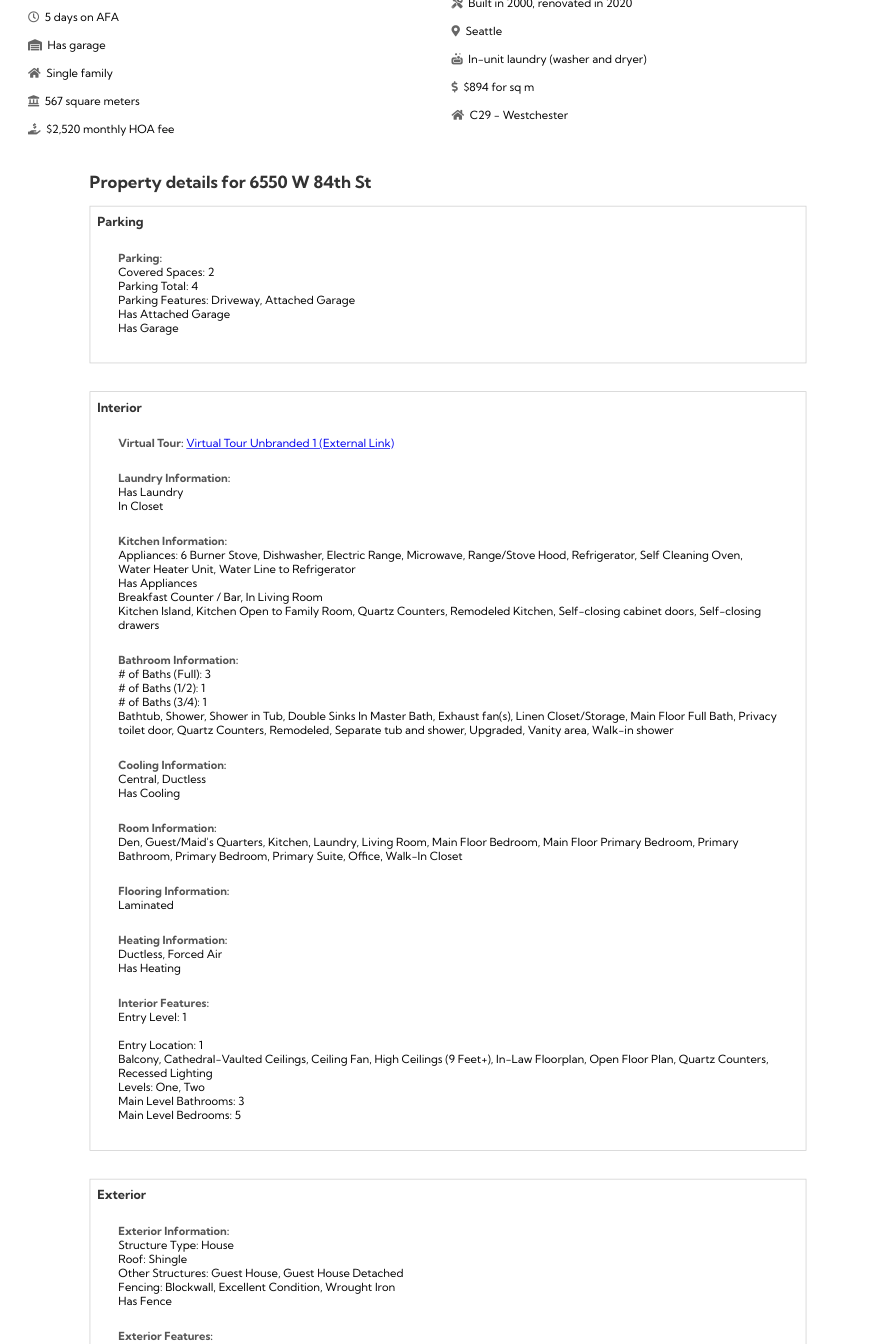
Repository: MrAllin1/ProgWWW_23_Gr1
Page: pages/House3.html
These files come from the project's save history. The page is drawn as it stood at one moment and after the next save; the edit follows.
The browser window is 1280 px wide. The pictures show the part of the page from y = 1340 to 3260 px (the page is 4349 px tall before and 4339 px after), at 70% of full size.
Some web libraries are served in a nearby version.

Above is the page before, as saved 2024-01-11 11:32:10.

After the next save:
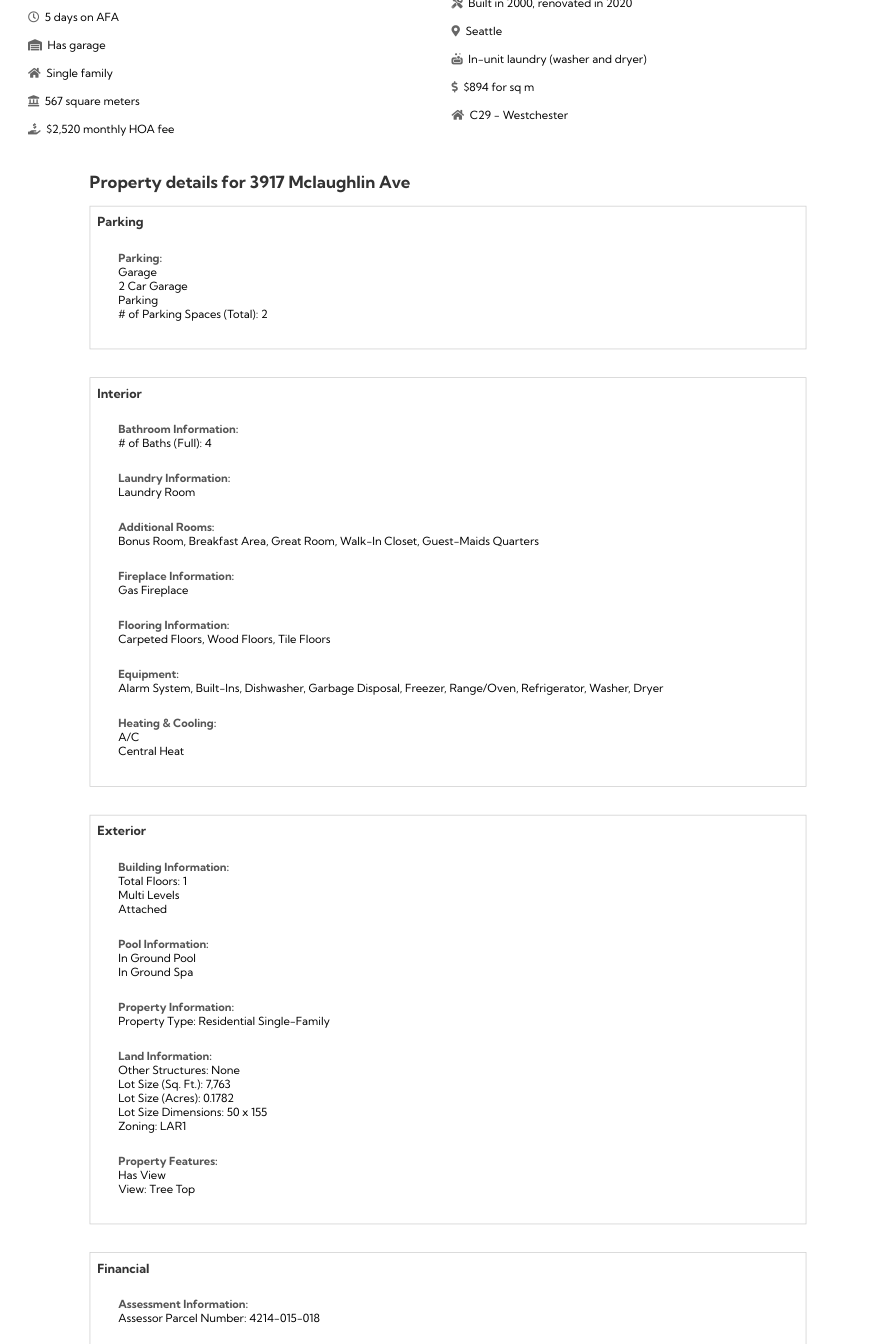
Saved 97 s later.
--- a/pages/House3.html
+++ b/pages/House3.html
@@ -117,18 +117,17 @@
     </div>
 
     <div class="container">
-        <h1>Property details for 6550 W 84th St</h1>
+        <h1>Property details for 3917 Mclaughlin Ave</h1>
         <div class="details">
             <div class="section">
                 <h2>Parking</h2>
                 <ul>
                     <li>
                         <strong>Parking:</strong><br>
-                        Covered Spaces: 2<br>
-                        Parking Total: 4<br>
-                        Parking Features: Driveway, Attached Garage<br>
-                        Has Attached Garage<br>
-                        Has Garage
+                        Garage<br>
+                        2 Car Garage<br>
+                        Parking<br>
+                        # of Parking Spaces (Total): 2
                     </li>
                 </ul>
             </div>
@@ -138,30 +137,50 @@
             <div class="section">
                 <h2>Interior</h2>
                 <ul>
-                    <li><strong>Virtual Tour:</strong> <a href="https://tours.tourfactory.com/tours/tour.asp?t=3083424&idx=1"target="_blank" rel="noopener noreferrer">Virtual Tour Unbranded 1 (External Link)</a></li>
-                    <li><strong>Laundry Information:</strong><br>Has Laundry</br>In Closet</li>
-                    <li><strong>Kitchen Information:</strong><br>Appliances: 6 Burner Stove, Dishwasher, Electric Range, Microwave, Range/Stove Hood, Refrigerator, Self Cleaning Oven, Water Heater Unit, Water Line to Refrigerator<br>Has Appliances<br>Breakfast Counter / Bar, In Living Room<br>Kitchen Island, Kitchen Open to Family Room, Quartz Counters, Remodeled Kitchen, Self-closing cabinet doors, Self-closing drawers</li>
-                    <li><strong>Bathroom Information:</strong><br># of Baths (Full): 3<br># of Baths (1/2): 1<br># of Baths (3/4): 1<br>Bathtub, Shower, Shower in Tub, Double Sinks In Master Bath, Exhaust fan(s), Linen Closet/Storage, Main Floor Full Bath, Privacy toilet door, Quartz Counters, Remodeled, Separate tub and shower, Upgraded, Vanity area, Walk-in shower<br>                    </li>
-                    <li><strong>Cooling Information:</strong><br>Central, Ductless<br>Has Cooling                    </li>
-                    <li><strong>Room Information:</strong><br>Den, Guest/Maid's Quarters, Kitchen, Laundry, Living Room, Main Floor Bedroom, Main Floor Primary Bedroom, Primary Bathroom, Primary Bedroom, Primary Suite, Office, Walk-In Closet</li>
-                    <li><strong>Flooring Information:</strong> <br>Laminated</li>
-                    <li><strong>Heating Information:</strong><br>Ductless, Forced Air<br>Has Heating           </li>
-                    <li><strong>Interior Features:</strong><br>Entry Level: 1<br><br>Entry Location: 1<br>Balcony, Cathedral-Vaulted Ceilings, Ceiling Fan, High Ceilings (9 Feet+), In-Law Floorplan, Open Floor Plan, Quartz Counters, Recessed Lighting<br>Levels: One, Two<br>Main Level Bathrooms: 3<br>Main Level Bedrooms: 5</li>
-                </ul>
-            </div>
-            </div>
-            <div class="details">
+                    <li><strong>Bathroom Information:</strong><br># of Baths (Full): 4</li>
+                    <li><strong>Laundry Information:</strong><br>Laundry Room</li>
+                    <li><strong>Additional Rooms:</strong><br>Bonus Room, Breakfast Area, Great Room, Walk-In Closet, Guest-Maids Quarters</li>
+                    <li><strong>Fireplace Information:</strong><br>Gas Fireplace</li>
+                    <li><strong>Flooring Information:</strong><br>Carpeted Floors, Wood Floors, Tile Floors</li>
+                    <li><strong>Equipment:</strong><br>Alarm System, Built-Ins, Dishwasher, Garbage Disposal, Freezer, Range/Oven, Refrigerator, Washer, Dryer</li>
+                    <li><strong>Heating & Cooling:</strong><br>A/C<br>Central Heat</li>
+                </ul>
+            </div>
+        </div>
+
+        <div class="details">
             <div class="section">
                 <h2>Exterior</h2>
                 <ul>
-                    <li><strong>Exterior Information:</strong><br>Structure Type: House<br>Roof: Shingle<br>Other Structures: Guest House, Guest House Detached<br>Fencing: Blockwall, Excellent Condition, Wrought Iron<br>Has Fence</li>
-                    <li><strong>Exterior Features:</strong><br>Patio And Porch Features: Deck, Patio, Porch - Front<br>Has Patio<br>Pool Features: None<br>Has Sprinklers</li>
-                    <li><strong>Green Property Information:</strong> <br>Energy Efficient: Windows</li>
-                    <li><strong>Lot Information:</strong><br>Elevation Units: Feet<br>Lot Size Source: Developer<br>Lot Features: 0-1 Unit/Acre, Sprinkler System</li>
-                </ul>
-            </div>
-        </div>
-    </div>
+                    <li><strong>Building Information:</strong><br>Total Floors: 1<br>Multi Levels<br>Attached</li>
+                    <li><strong>Pool Information:</strong><br>In Ground Pool<br>In Ground Spa</li>
+                    <li><strong>Property Information:</strong><br>Property Type: Residential Single-Family</li>
+                    <li><strong>Land Information:</strong><br>Other Structures: None<br>Lot Size (Sq. Ft.): 7,763<br>Lot Size (Acres): 0.1782<br>Lot Size Dimensions: 50 x 155<br>Zoning: LAR1</li>
+                    <li><strong>Property Features:</strong><br>Has View<br>View: Tree Top</li>
+                </ul>
+            </div>
+        </div>
+
+        <div class="details">
+            <div class="section">
+                <h2>Financial</h2>
+                <ul>
+                    <li><strong>Assessment Information:</strong><br>Assessor Parcel Number: 4214-015-018</li>
+                    <li><strong>Financial Information:</strong><br>Selling Office Compensation Type: %<br>Selling Office Compensation: 2.5</li>
+                </ul>
+            </div>
+        </div>
+
+        <div class="details">
+            <div class="section">
+                <h2>Location</h2>
+                <ul>
+                    <li><strong>Location Information:</strong><br>Directions: From National Blvd - headed West - just past the Starbucks and make a left onto McLaughlin Avenue</li>
+                </ul>
+            </div>
+        </div>
+    </div>
+
       <div class="container">
         <h1>About climate risks</h1>
         <p>Climate risks have some of natural disasters and may be impacted by climate change due to rising temperatures and sea levels.</p>
